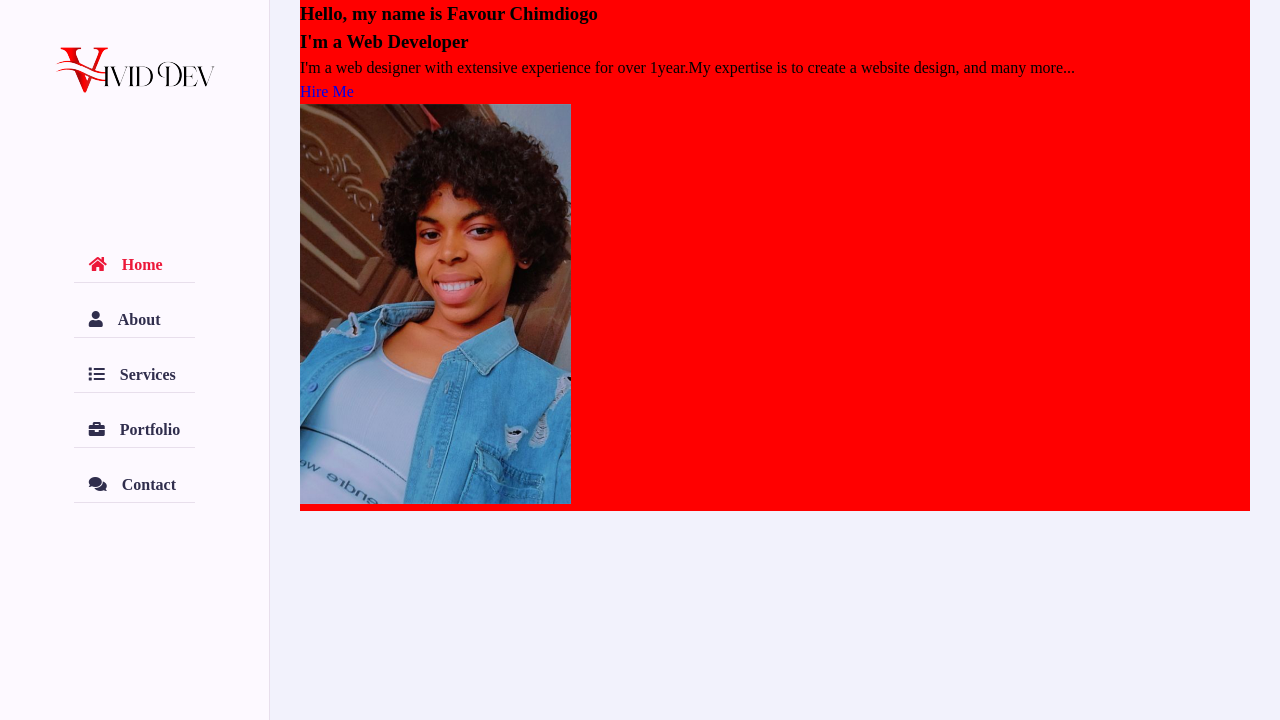
Repository: Big-Fave1/vivid-dev-portfolio
Page: build/index.html
These files come from the project's save history. The page is drawn as it stood at one moment and after the next save; the edit follows.
The browser window is 1280 px wide. The pictures show the whole page.

Above is the page before, as saved 2025-05-30 11:46:21.

### build/index.html
<!DOCTYPE html>
<html lang="en">
<head>
    <meta charset="UTF-8">
    <meta name="viewport" content="width=device-width, initial-scale=1.0">
    <title>Vivid Dev Portfolio</title>
    <link rel="stylesheet" href="css/style.css">
    <link rel="stylesheet" href="css/color-1.css">
    <link rel="stylesheet" href="https://cdnjs.cloudflare.com/ajax/libs/font-awesome/5.15.4/css/all.min.css">
</head>
<body>
    <!--- ==== main container Start==== -->
    <div class="main-container"></div>
    <!--- ==== Aside Start === -->
    <div class="aside">
        <div class="logo">
        <a href="#"><img src="img/vivid 3.png" alt=""></a>
        </div>
        <div class="nav-toggler">
            <i class="fa fa-bars" aria-hidden="true"></i>
        </div>
        <ul class="nav">
            <li><a href="#" class="active"><i class="fa fa-home"></i>Home</a></li>
            <li><a href="#"><i class="fa fa-user"></i>About</a></li>
            <li><a href="#"><i class="fa fa-list"></i>Services</a></li>
            <li><a href="#"><i class="fa fa-briefcase"></i>Portfolio</a></li>
            <li><a href="#"><i class="fa fa-comments"></i>Contact</a></li>
        </ul>
    </div>
    <!--- ==== Aside End === -->
    <!--- ==== Main content Start === -->
    <div class="main-content">
        <!--- === Home Section Start === -->
        <section class="home section">
            <div class="container">
                <div class="row">
                    <div class="home-info">
                        <h3 class="hello">Hello, my name is <span class="name">Favour Chimdiogo</span></h3>
                        <h3 class="my-profession">I'm a <Span class="typing">Web Developer</Span></h3>
                        <p>I'm a web designer with extensive experience for over 1year.My expertise is to create a website design, and many more...</p>
                    <a href="#contact" class="btn hire-me">Hire Me</a>
                    </div>
                    <div class="home-img">
                        <img src="img/home image.jpg" alt="">
                    </div>
                </div>
            </div>
        </section>
        <!--- === Home Section End === -->
    </div>
    <!--- ==== Main content End === -->
    <!--- ====main container End === -->
</body>
</html>

### build/css/style.css

@import url('https://fonts.googleapis.com/css2?family=Poppins:ital,wght@0,100;0,200;0,300;0,400;0,500;0,600;0,700;0,800;0,900;1,100;1,200;1,300;1,400;1,500;1,600;1,700;1,800;1,900&display=swap');


:root
{
    --bg-black-900:#f2f2fc;
    --bg-black-100:#fdf9ff;
    --bg-black-50:#e8dfec;
    --text-black-900:#302e4d;
    --text-black-700:#504e70;

}

body
{
    line-height:1.5;
    font-size:16px;
    font-family: 'Poppins' sans-serif;
}

*
{
    margin: 0;
    padding: 0;
    outline:none;
    text-decoration:none;
    text-decoration:none;
    box-sizing: border-box;
}
::before, ::after
{
    box-sizing:border-box;
}
ul
{
    list-style: none;
}
.section
{
    background:var(--bg-black-900);
    min-height: 100vh;
    display: block;
    position: fixed;
    padding: 0 30px;
    left: 270px;
    top: 0;
    right: 0;
    z-index: 0;
    opacity: 1;
}
.padd-15
{
    padding-left: 15px;
    padding-right: 15px;
}
.container{
    max-width: 1100px;
    width: 100%;
    background: red;
    margin: auto;
}
/* aside */
.aside
{
width: 270px;
background:var(--bg-black-100);
position: fixed;
left: 0;
top: 0;
padding: 30px;
height: 100%;
border-right:1px solid var(--bg-black-50);
z-index: 10;
display: flex;
justify-content: center;
align-items: center;
}
.aside .logo
{
    position: absolute;
    top: -30px;
    ;
}
.aside .logo a
{
    color: var(--bg-black-900);
    font-weight: 700;
    padding: 15px 20px;
    font-size: 30px;
    position: relative;
}
/*.aside .logo a span
.aside .logo a:before
{
    content:'';
    position: absolute;
    width: 20px;
    height: 20px;
    border-bottom: 5px solid var(--skin-color);
    border-left: 5px solid var(--skin-color);
    bottom: 0;
    left: 0;

}
.aside .logo a:after
{
    content:'';
    position: absolute;
    width: 20px;
    height: 20px;
    border-top: 5px solid var(--skin-color);
    border-right: 5px solid var(--skin-color);
    top: 0;
    right: 0;

}
    */
.aside .nav-toggler
{
    height: 40px;
    width: 45px;
    border: 1px solid var(--bg-black-50);
    cursor: pointer;
    position: fixed;
    left: 300px;
    top: 20px;
    color: var(--skin-color);
    border-radius: 5px;
    background:var(--bg-black-100);
    display: none;
    align-items:center;
    justify-content: center;
}
.aside .nav
{
    margin-top: 50px;
}
.aside .nav li
{
    margin-bottom: 20px;
    display: block;
}
.aside .nav li a
{
    font-size: 16px;
    font-weight: 600;
    display: block;
    border-bottom:1px solid var(--bg-black-50);
    color:var(--text-black-900);
    padding: 5px 15px;
}
.aside .nav li a.active
{
    color:var(--skin-color);
}
.aside .nav li a i
{
    margin-right: 15px;

}
/* home*/
.home .home-img img
{
    height: 400px;

}

### build/css/color-1.css

:root
{
    --skin-color:#ec1839;
}

After the next save:
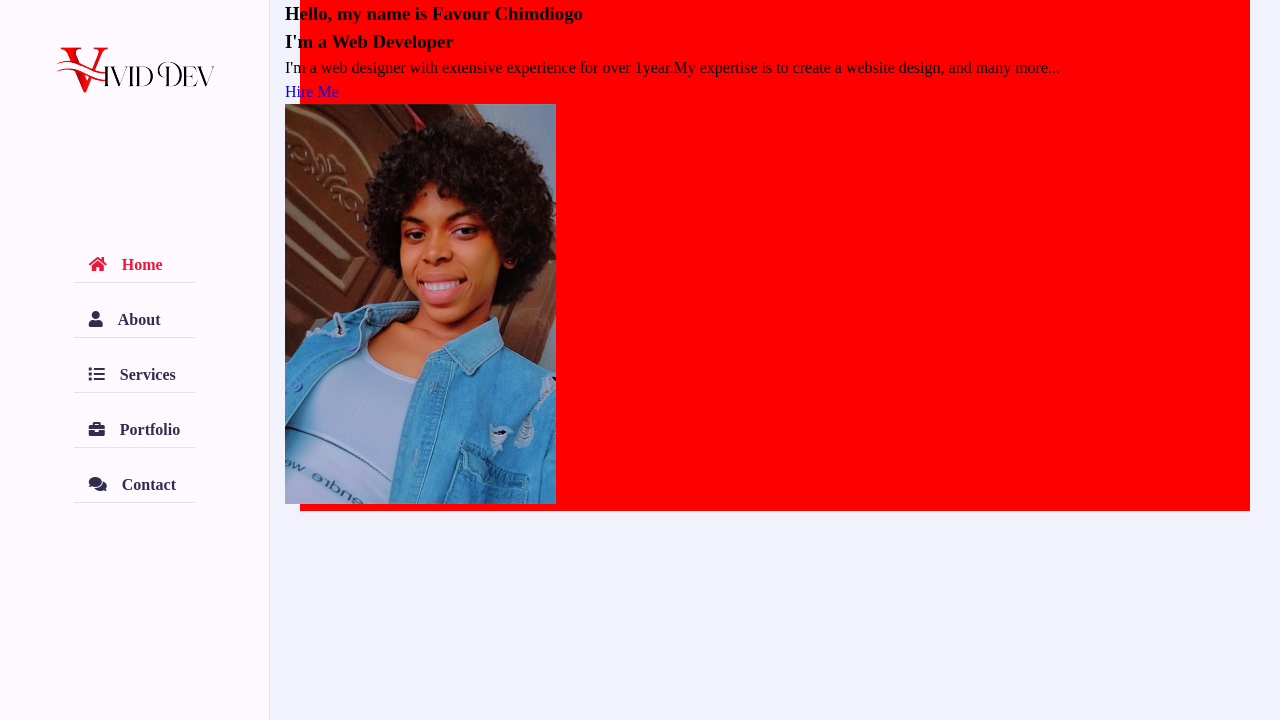
Saved 3 min 23 s later.
--- a/build/css/style.css
+++ b/build/css/style.css
@@ -59,6 +59,14 @@ ul
     width: 100%;
     background: red;
     margin: auto;
+}
+.row
+{
+    display: flex;
+    flex-wrap: wrap;
+    margin-left: -15px;
+    margin-right: -15px;
+    position: relative;
 }
 /* aside */
 .aside
